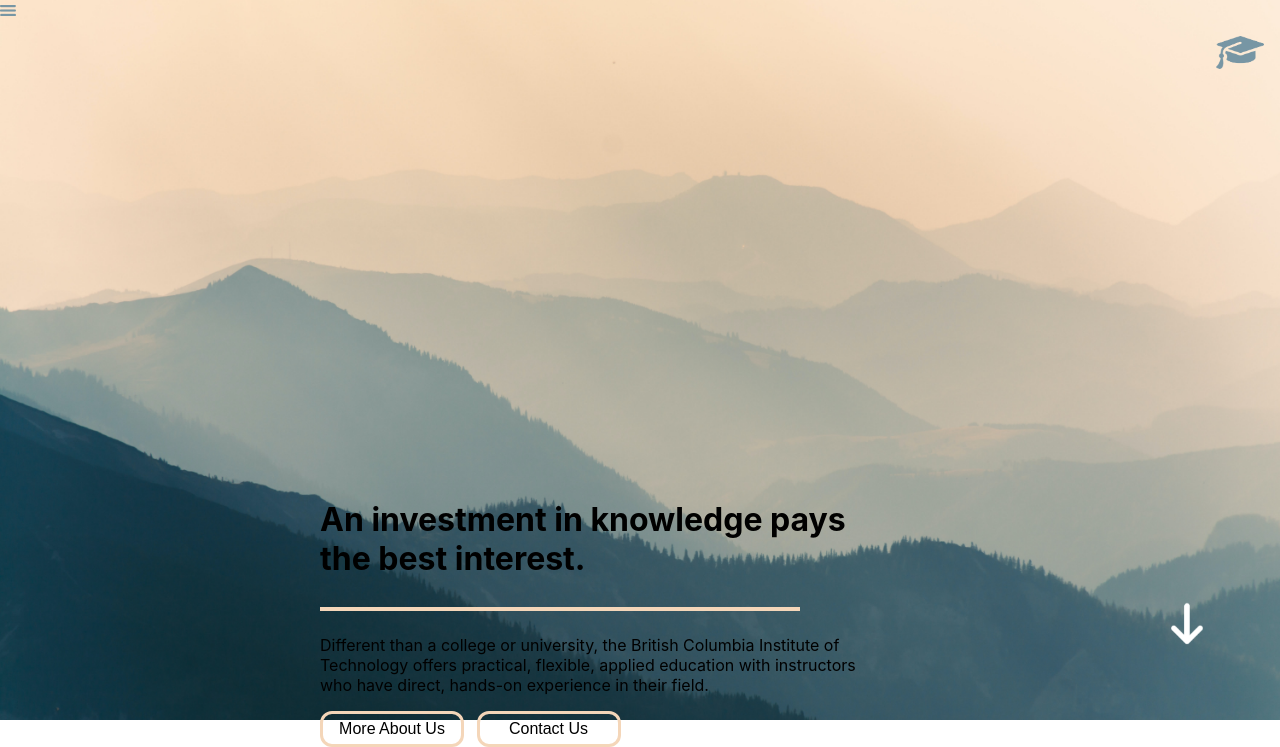
Repository: SaraShio/A01314209_Sara_Shiojima
Page: /
An editor plug-in stored every save of this project. The page is shown before and after a run of saves, followed by the edit.
The browser window is 1280 px wide. The pictures show the whole page.
The project was rebuilt for these pictures with package versions that can differ from the ones it lists, and the page was loaded fresh each time. The framework's server and built-in components were replaced by stand-ins that run in the browser. Also part of the build but not shown: next.config.js.

Above is the page before, as saved 2023-02-08 22:46:51.

### pages/_app.js
import '../styles/globals.css'
import '../styles/variables.css'


function MyApp({ Component, pageProps }) {
  return <Component {...pageProps} />
}

export default MyApp

### pages/index.js
import Head from 'next/head'
import Image from 'next/image'
import styles from '../styles/Home.module.css'
import Link from 'next/link'
import Arrow from '../components/Arrow'
import Navbar from '../components/Navbar'
import Menu from '../components/Menu'



export default function Home() {
  return (
    <>
      <Head>
        <title>Home</title>
        <meta name="author" content="MDIA 2109" />
        <meta property="og:title" content="Assignment #1 - Home Page" />
        <meta property="og:description" content="BCIT Digital Design and Development Diploma" />
        <link rel="icon" href='/favicon.png' />
      </Head>

      <main className={styles.main}>
        <Menu/>
        <Navbar />
        <div className={styles.content}>
          <header>
            <h1 className={styles.header}>An investment in knowledge pays the best interest.</h1>
          </header>
          <hr className={styles.line}></hr>
          <p className={styles.information}>Different than a college or university, the British Columbia Institute of Technology offers practical, flexible, applied education with instructors who have direct, hands-on experience in their field.</p>
          <div className={styles.button_container}>
            <a href='/about'> <button className={styles.button}>More About Us</button></a>

            <a href='/contact'> <button className={styles.button}>Contact Us</button></a>
          </div>
        </div>
        <Arrow page="Home" />
      </main>
    </>
  )
}

### styles/variables.css
:root{
    --primary-color: #fff;
    --beige: #f4d6b9;
    --ternary-color: #7796A4;
    --teal: #14343d;
    --quinary-color: rgba(16,46,53,0.5);
    }

### styles/Home.module.css

.main{
background-image: url(../public/background-images/backgroundMountain.jpg);
height: 100vh;
width: 100vw;
background-size: cover;
background-repeat:no-repeat;
background-position:center;
}



.content{
    display: flex;
    flex-direction: column;
    align-items: left;
}

.button{
background-color: transparent;
border: 0.2rem solid var(--beige);
height: 2.25rem;
width: 9rem;
font-size: 1rem;
border-radius: 0.75rem;
margin-left: 0.5rem;
}

.button_container{
    margin-left:19.5rem ;
}

.line{
    margin-left: 20rem;
    width: 30rem;
    height: 0.25rem;
    background-color: var(--beige);
    border: none;
}


.header{
    margin-top: 30rem;
    margin-right: 25rem;
    margin-left: 20rem;

}

.information{
    margin-right: 25rem;
    margin-left: 20rem;

}

### components/Arrow/index.js
import styles from './Arrow.module.css'

export default function Arrow({
    page = "home",
}) {
    return (

        page.toLowerCase() === "home" ?
            <div className={styles.arrow}><a><span><img src={'icons/downwardArrow.png'} /></span></a>
            </div> :
            page.toLowerCase() === "about" ?
                <div className={styles.arrow}><a><span><img src={'icons/upwardArrow.png'} /></span></a>
                    <a><span><img src={'icons/downwardArrow.png'} /></span></a>
                </div> :
                page.toLowerCase() === "contact" ?
                    <div className={styles.arrow}><a href="/about"><span><img src={'icons/upwardArrow.png'} /></span></a>
                    </div> :
                    <div className={styles.arrow}><a href="/"><span><img src={'icons/downwardArrow.png'} /></span></a>
                    </div>
    )
}

### components/Navbar/index.js
import styles from './Navbar.module.css'


export default function Navbar() {

    return (
        <>
            <nav className={styles.navbar}>
                <img className={styles.nav_icon} src={'icons/graduation-hat.png'}></img>
            </nav>
        </>
    )
}

### components/Menu/index.js
import {React, useState} from "react"
import Link from 'next/link'
import styles from './Menu.module.css'

export default function Menu(){
    return(
        <>
        <img className={styles.menu} src={'icons/menu-icon.png'}></img>
        </>
    )
}

### components/Arrow/Arrow.module.css
.arrow{
    bottom:10vh;
    right: 6vw;
    display: flex;
    flex-direction: column;
    position: fixed;
    gap: 0.5rem;
}


.arrow > a > span > img{
    width: 2rem;
}

### components/Navbar/Navbar.module.css
.navbar{
    display: flex;
    position: relative;
}

.nav_icon{
    width: 3rem;
    top: 1rem;
    right: 1rem;
    position: absolute;
}

### components/Menu/Menu.module.css
.menu{
    width: 1rem;
}

Loaded but not shown: styles/globals.css (common file)

After the next 2 saves:
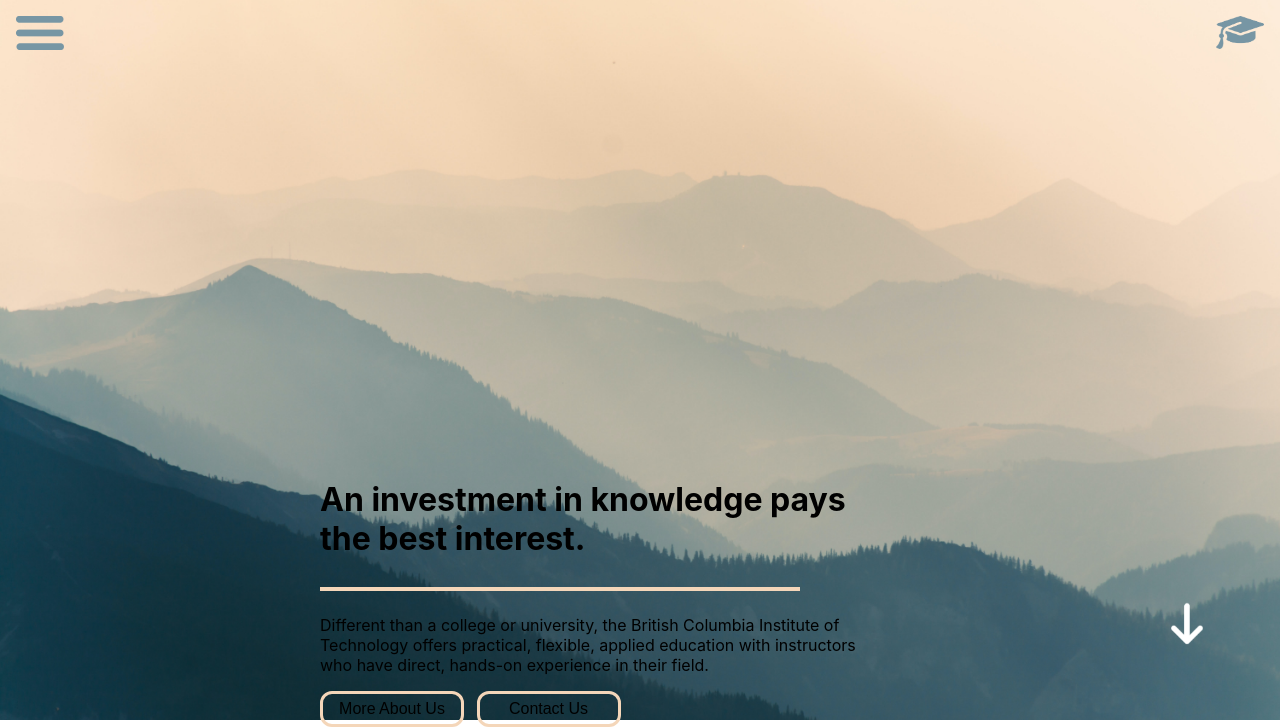
The 2 saves are shown as one change because they came seconds apart.
The last was saved 25 s later.
--- a/components/Menu/Menu.module.css
+++ b/components/Menu/Menu.module.css
@@ -1,3 +1,5 @@
 .menu{
-    width: 1rem;
-}
+    width: 3rem;
+    top: 1rem;
+    left: 1rem;
+    position: absolute;}
